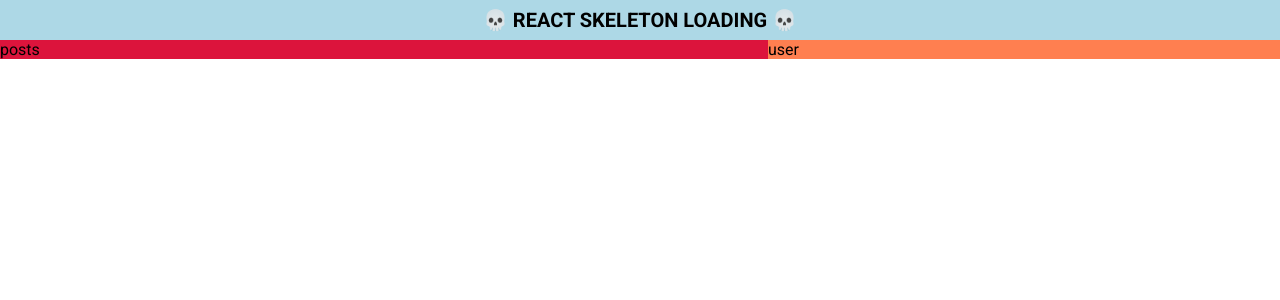
Repository: ethanJones21/React-Skeleton-Loading
Page: /
An editor plug-in stored every save of this project. The page is shown before and after the next save, followed by the edit.
The browser window is 1280 px wide. The pictures show the whole page.
The project was rebuilt for these pictures with package versions that can differ from the ones it lists, and the page was loaded fresh each time.

Above is the page before, as saved 2020-11-26 02:07:48.

### public/index.html
<!DOCTYPE html>
<html lang="en">
  <head>
    <meta charset="utf-8" />
    <link rel="icon" href="%PUBLIC_URL%/favicon.ico" />
    <meta name="viewport" content="width=device-width, initial-scale=1" />
    <meta name="theme-color" content="#000000" />
    <meta name="description" content="React skeleton loading" />
    <link rel="preconnect" href="https://fonts.gstatic.com" />
    <link
      href="https://fonts.googleapis.com/css2?family=Roboto:wght@100;300;400;500;700;900&display=swap"
      rel="stylesheet"
    />
    <title>React Skeleton</title>
  </head>
  <body>
    <noscript>You need to enable JavaScript to run this app.</noscript>
    <div id="root"></div>
  </body>
</html>

### src/App.js
import './App.css';
import Header from './components/Header';
import Posts from './components/Posts';
import User from './components/User';

function App() {
  return (
    <div className="app">
      <Header/>

      <div className="appContainer">
        <Posts/>
        <User/>
      </div>
    </div>
  );
}

export default App;

### src/App.css
*{
    margin: 0;
    font-family: 'Roboto', sans-serif;
}
.appContainer{
    display: flex;
}

### src/components/Header.js
import React from 'react';
import "./Header.css"

const Header = () => {
    return (
        <div className="header">
            <span>💀 REACT SKELETON LOADING 💀 </span>
        </div>
    );
};

export default Header;

### src/components/Posts.js
import React from 'react';
import "./Posts.css"

const Posts = () => {
    return (
        <div className="posts">
            posts
        </div>
    );
};

export default Posts;

### src/components/User.js
import React from 'react';
import "./User.css"

const User = () => {
    return (
        <div className="user">
            user
        </div>
    );
};

export default User;

### src/components/Header.css
.header{
    display: flex;
    align-items: center;
    justify-content: center;
    height: 40px;
    width: 100%;
    background-color: lightblue;
    font-weight: 600;
    font-size: 20px;
}

### src/components/Posts.css
.posts{
    background-color: crimson;
    flex: 0.6;
}

### src/components/User.css
.user {
  background-color: coral;
  flex: 0.4;
}

Loaded but not shown: src/index.js (common file)

After the next save:
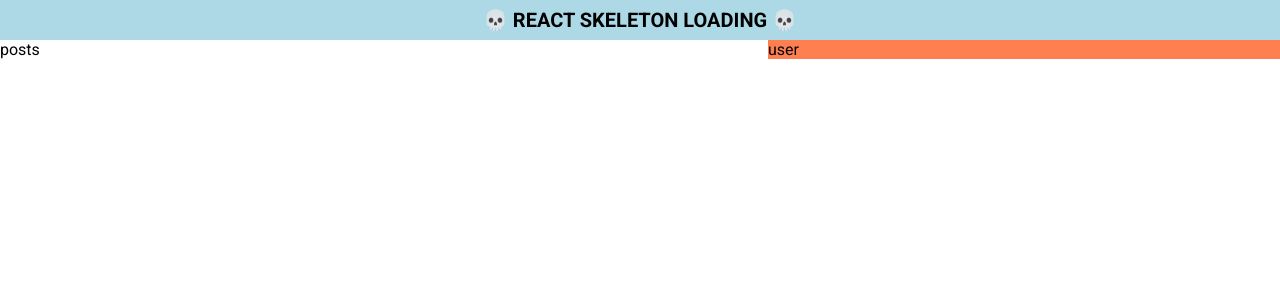
Saved 7 s later.
--- a/src/components/Posts.css
+++ b/src/components/Posts.css
@@ -1,4 +1,3 @@
 .posts{
-    background-color: crimson;
     flex: 0.6;
 }
